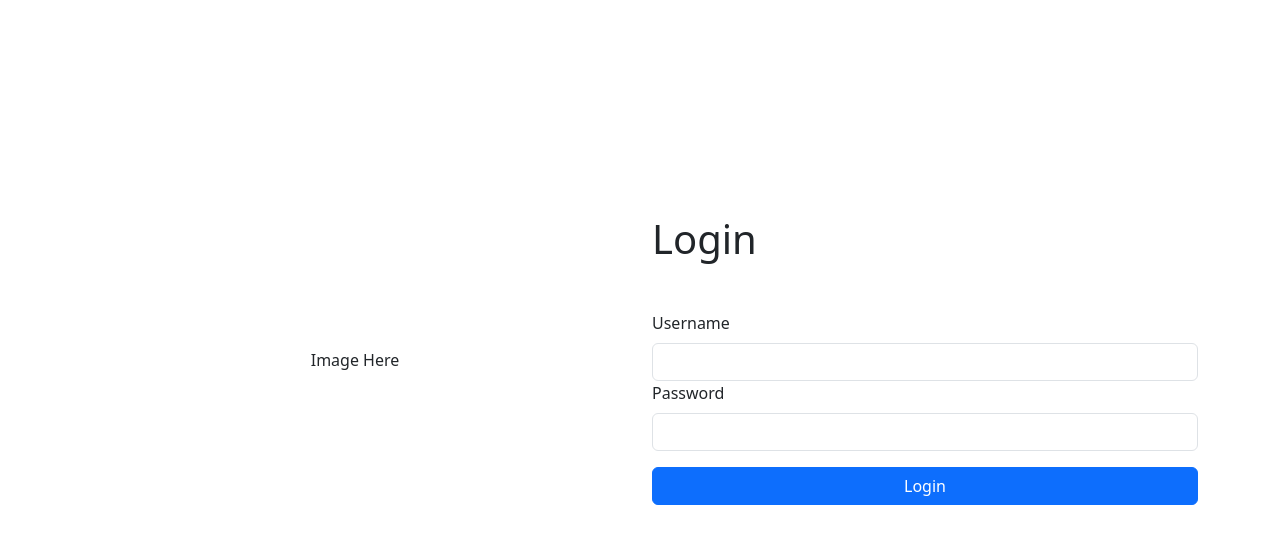
Repository: oboioz/SimpleTodoApp
Page: /logout (app in SimpleTodoAppFrontEnd/todo-app/)
The author's editor kept a copy of each file at every save. The page is drawn from the files as they stood at one save, then again after the next save.
The browser window is 1280 px wide. The pictures show the whole page.
The project was rebuilt for these pictures with package versions that can differ from the ones it lists, and the page was loaded fresh each time.

Above is the page before, as saved 2024-04-03 19:58:50.

### SimpleTodoAppFrontEnd/todo-app/src/App.js
import 'bootstrap/dist/css/bootstrap.min.css';
import './App.css';
import TodoApp from './components/TodoApp';

function App() {
  return (
    <div className="App">
      <TodoApp />
    </div>
  )
}

export default App;

### SimpleTodoAppFrontEnd/todo-app/src/components/TodoApp.jsx
import LoginComponent from "./todo/Login/LoginComponent";

export default function TodoApp() {
    return (
        <div className="todo-app">
            <LoginComponent />
        </div>
    )
}

### SimpleTodoAppFrontEnd/todo-app/src/components/todo/Login/LoginComponent.jsx
import './LoginStyle.css';


function LoginComponent() {

    return (
        <div className="Login container">
            <div className="row align-items-center">
                <div className="col image">
                    Image Here
                </div>
                <div className="col">

                    <form className="LoginForm">
                        <h1 class="mb-5">Login</h1>
                        <div>
                            <label className="form-label">Username</label>
                            <input type="text" name="username" className="form-control" />
                        </div>
                        <div>
                            <label className="form-label">Password</label>
                            <input type="password" name="password" className="form-control" />
                        </div>

                        <button type="button" name="login" class="btn btn-primary mt-3">Login</button>
                    </form>
                </div>
            </div>
        </div>

    )

}

export default LoginComponent;

### SimpleTodoAppFrontEnd/todo-app/src/components/todo/Login/LoginStyle.css
.row {
    display: flex;
    justify-content: center;
    align-items: center;
    height: 100vh;
}

.LoginForm {
    display: flex;
    flex-direction: column;
    text-align: left;
    justify-content: left;
    align-items: left;
    margin-top: -10;
}

Loaded but not shown: SimpleTodoAppFrontEnd/todo-app/public/index.html (common file); SimpleTodoAppFrontEnd/todo-app/src/index.js (common file); SimpleTodoAppFrontEnd/todo-app/src/index.css (common file); SimpleTodoAppFrontEnd/todo-app/src/reportWebVitals.js (common file); SimpleTodoAppFrontEnd/todo-app/src/App.css (common file)

After the next save:
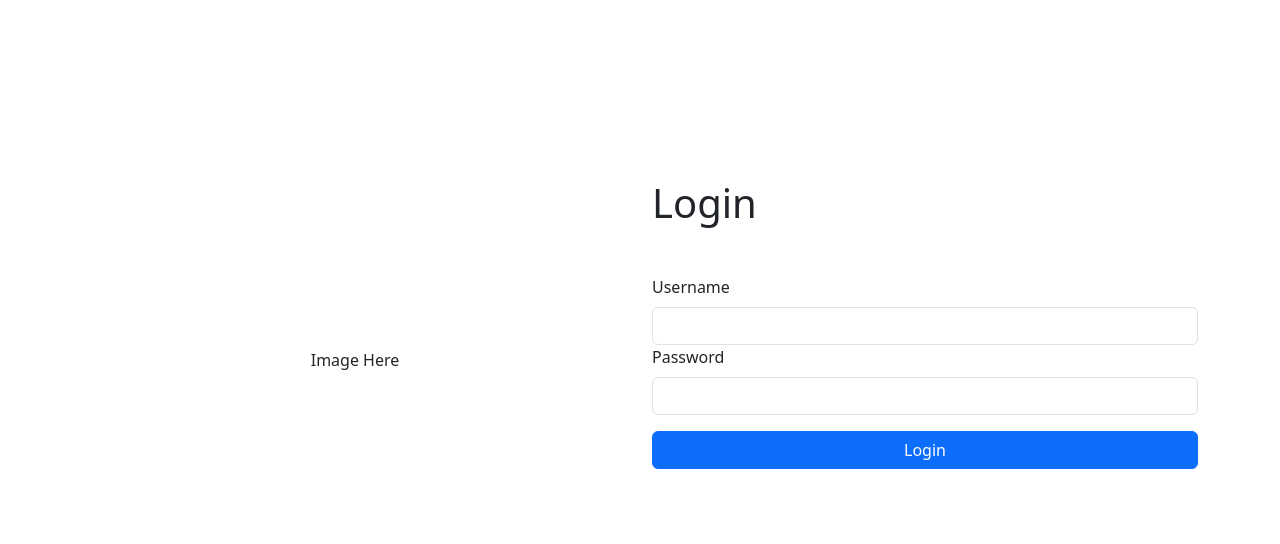
Saved 8 s later.
--- a/SimpleTodoAppFrontEnd/todo-app/src/components/todo/Login/LoginStyle.css
+++ b/SimpleTodoAppFrontEnd/todo-app/src/components/todo/Login/LoginStyle.css
@@ -11,5 +11,5 @@
     text-align: left;
     justify-content: left;
     align-items: left;
-    margin-top: -10;
+    margin-top: -10vh;
 }
